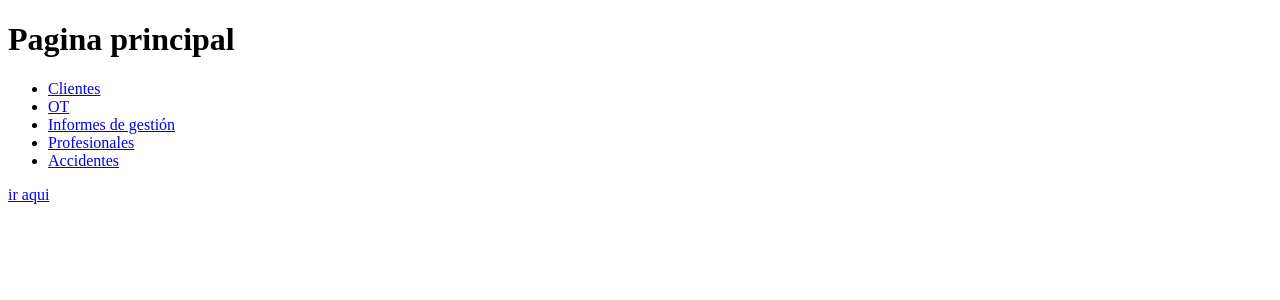
Repository: megalocoman/springboot
Page: thymeview/src/main/resources/static/index.html
An editor plug-in stored every save of this project. The page is shown before and after the next save, followed by the edit.
The browser window is 1280 px wide. The pictures show the whole page.

Above is the page before, as saved 2020-07-20 15:49:42.

### thymeview/src/main/resources/static/index.html
<!DOCTYPE html>
<html>
<head>
<meta charset="UTF-8">
<title>Insert title here</title>
</head>
<body>
<h1>Pagina principal</h1>

<nav class="nav-main">

			<ul class="nav-menu">
				<li><a href="/ingresocliente">Clientes</a></li>
				<li><a href="CreacionOT.jsp">OT</a></li>
				<li><a href="informe.jsp">Informes de gestión</a></li>
				<li><a href="Ingresoprofesional.jsp">Profesionales</a></li>
				<li><a href="ingreso.jsp">Accidentes</a></li>
			</ul>

		</nav>

<a href="/templates/ingresoclientes.html">ir aqui</a>
</body>
</html>

After the next save:
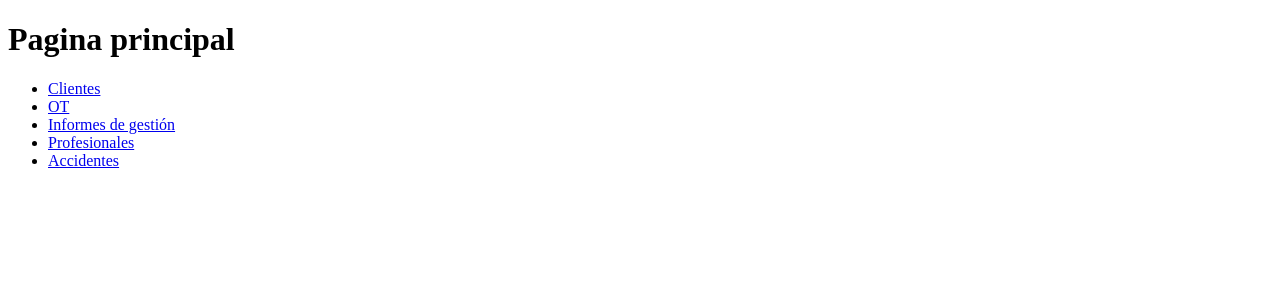
Saved 92 s later.
--- a/thymeview/src/main/resources/static/index.html
+++ b/thymeview/src/main/resources/static/index.html
@@ -10,7 +10,7 @@
 <nav class="nav-main">
 
 			<ul class="nav-menu">
-				<li><a href="/ingresocliente">Clientes</a></li>
+				<li><a href="/templates/ingresoclientes.html">Clientes</a></li>
 				<li><a href="CreacionOT.jsp">OT</a></li>
 				<li><a href="informe.jsp">Informes de gestión</a></li>
 				<li><a href="Ingresoprofesional.jsp">Profesionales</a></li>
@@ -19,6 +19,6 @@
 
 		</nav>
 
-<a href="/templates/ingresoclientes.html">ir aqui</a>
+
 </body>
 </html>
